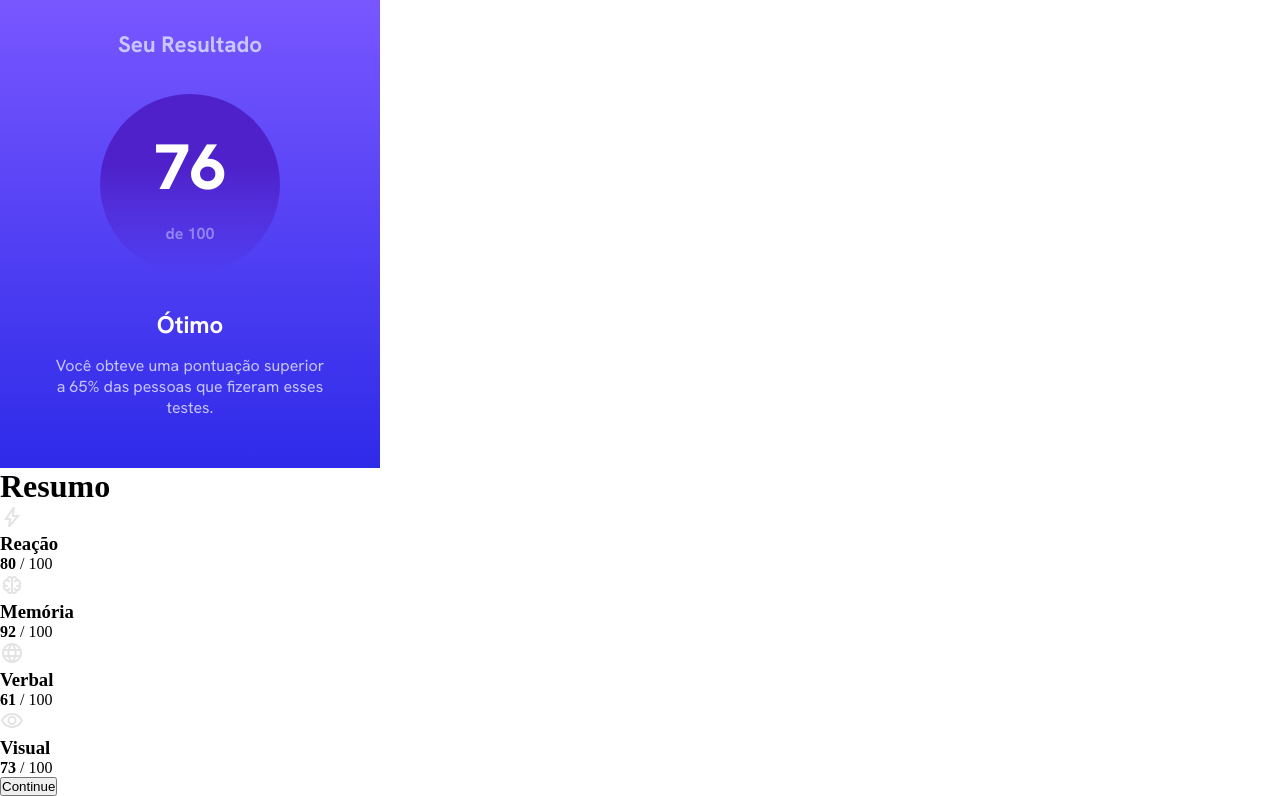
Repository: caique2512/resumo-de-resultados
Page: index.html
The author's editor kept a copy of each file at every save. The page is drawn from the files as they stood at one save, then again after the next save.
The browser window is 1280 px wide. The pictures show the whole page.

Above is the page before, as saved 2026-03-09 16:45:20.

### index.html
<!DOCTYPE html>
<html lang="pt-br">
<head>
    <meta charset="UTF-8">
    <meta name="viewport" content="width=device-width, initial-scale=1.0">
    <title>Resumo de Resultados</title>
    <link rel="stylesheet" href="src/css/estilos.css">
    <link rel="stylesheet" href="src/css/reset.css">
</head>
<body>
    <main class="conteudo">
        <div class="principal">
            <h1 class="titulo">Seu Resultado</h1>
            <div class="circulo">
                <h2>76</h2>
                <p>de 100</p>
            </div>
            <h2>Ótimo</h2>
            <p class="subtitle">Você obteve uma pontuação superior a 65% das pessoas que fizeram esses testes.</p>
        </div>
        <div>
            <h1 class="titulo1">Resumo</h1>
            <div class="classes">
                <div class="resumo1">
                    <img src="./src/images/raio.svg" alt="Raio">
                    <h3>Reação</h3>
                    <p><strong>80</strong> / 100</p>
                </div>
                <div class="resumo2">
                    <img src="./src/images/memoria.svg" alt="Memória">
                    <h3>Memória</h3>
                    <p><strong>92</strong> / 100</p>
                </div>
                <div class="resumo3">
                    <img src="./src/images/mensagem.svg" alt="Mensagem">
                    <h3>Verbal</h3>
                    <p><strong>61</strong> / 100</p>
                </div>
                <div class="resumo4">
                    <img src="./src/images/olho.svg" alt="olho">
                    <h3>Visual</h3>
                    <p><strong>73</strong> / 100</p>
                </div>
            </div>
            <button class="btn-resumo">Continue</button>
        </div>
    </main>
</body>
</html>

### src/css/estilos.css
@import url('https://fonts.googleapis.com/css2?family=Hanken+Grotesk:ital,wght@0,100..900;1,100..900&display=swap');


.principal {
    background: linear-gradient(hsl(252, 100%, 67%), hsl(241, 81%, 54%));
    width: 380px;
    display: flex;
    flex-direction: column;
    align-items: center;
}

.titulo {
    color: hsl(241, 100%, 89%);
    font-family: "Hanken Grotesk";
    margin-top: 30px;
    font-size: 1.4rem;
}

.circulo {
    background: linear-gradient(hsla(256, 72%, 46%, 1) 40%, hsla(241, 72%, 46%, 0));
    width: 180px;
    height: 180px;
    border-radius: 50%;
    display: flex;
    align-items: center;
    justify-content: center;
    flex-direction: column;
    margin: 35px 35px;
}

.circulo h2 {
    font-size: 4rem;
    font-family: "Hanken Grotesk";
    font-weight: 800;
    color: hsl(0, 0%, 100%);
}

.circulo p {
    color: hsla(241, 100%, 89%, 0.538);
    font-family: "Hanken Grotesk";
    font-weight: 700;
}

.principal h2 {
    color: white;
    font-family: "Hanken Grotesk";
    margin-bottom: 15px;
}

.principal .subtitle {
    color: hsl(241, 100%, 89%);
    font-family: "Hanken Grotesk";
    width: 270px;
    display: flex;
    text-align: center;
    margin-bottom: 50px;
}

Loaded but not shown: src/css/reset.css (common file)

After the next save:
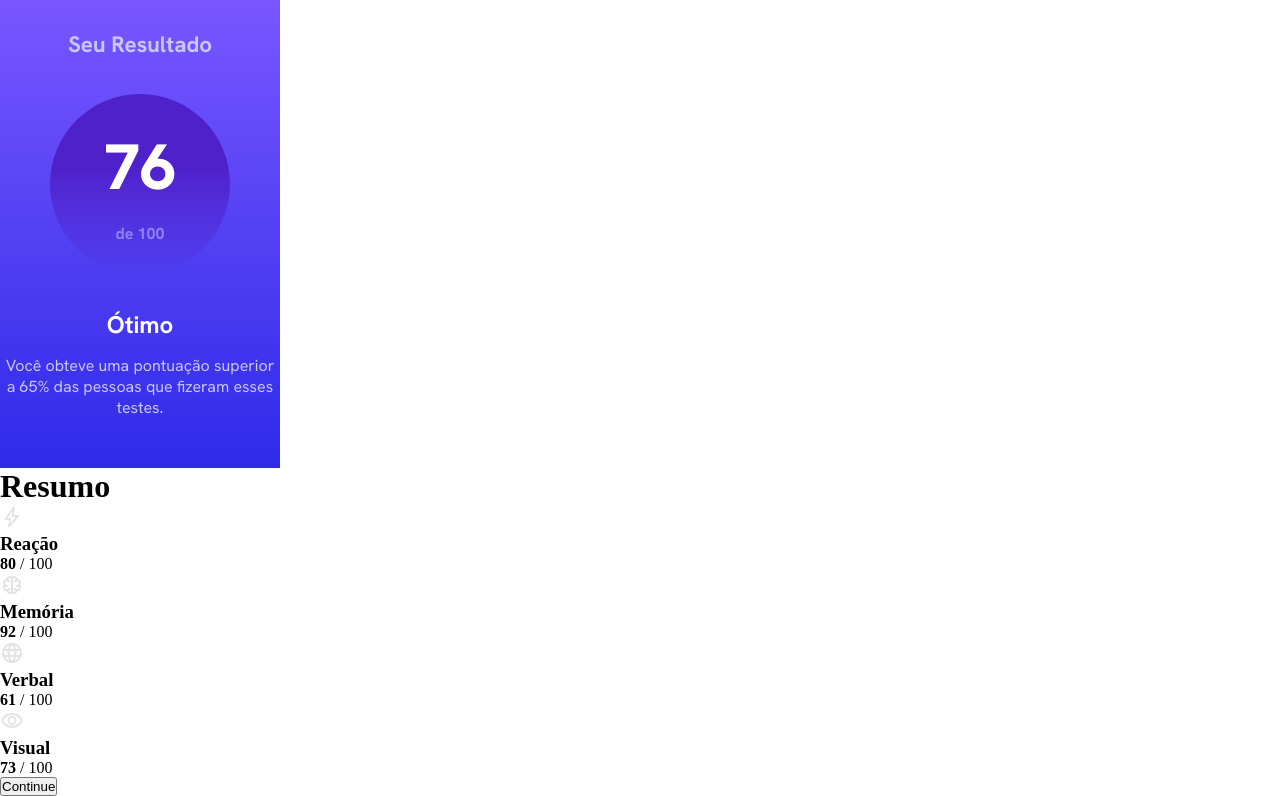
Saved 81 s later.
--- a/src/css/estilos.css
+++ b/src/css/estilos.css
@@ -3,7 +3,7 @@
 
 .principal {
     background: linear-gradient(hsl(252, 100%, 67%), hsl(241, 81%, 54%));
-    width: 380px;
+    width: 280px;
     display: flex;
     flex-direction: column;
     align-items: center;
